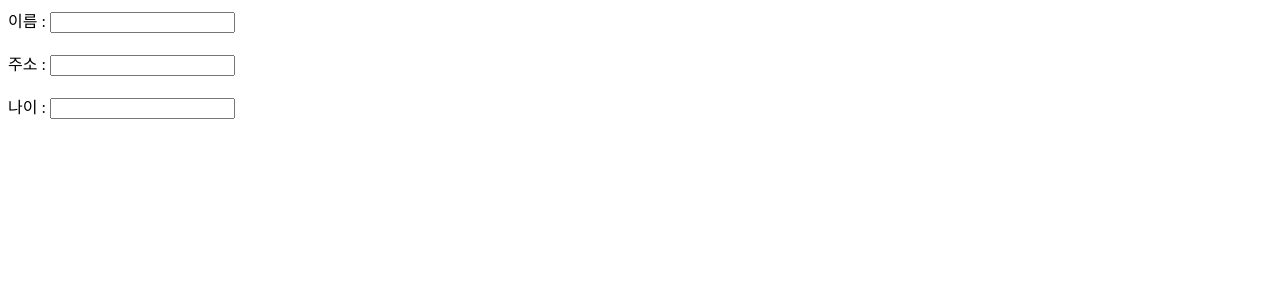
Repository: okgunyang/jsp
Page: practice01/WebContent/input.html
These files come from the project's save history. The page is drawn as it stood at one moment and after the next save; the edit follows.
The browser window is 1280 px wide. The pictures show the whole page.

Above is the page before, as saved 2022-10-17 07:02:04.

### practice01/WebContent/input.html
<!DOCTYPE html>
<html>
<head>
<meta charset="UTF-8">
<title>입력 데이터 처리와 주고 받기</title>
</head>
<body>
<form name="indata" action="test04.jsp" method="post">
	이름 : <input type="text" name="name"><br><br>
	주소 : <input type="text" name="addr"><br><br>
	나이 : <input type="number" name="age"><br><br>

</form>
</body>
</html>

After the next save:
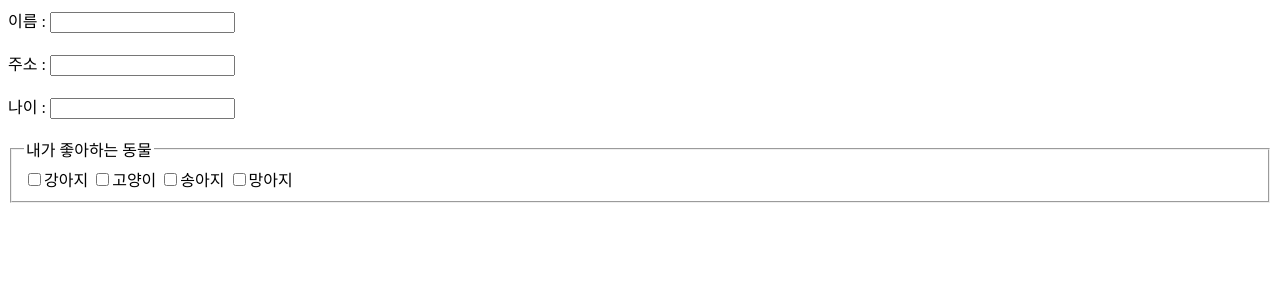
Saved 95 s later.
--- a/practice01/WebContent/input.html
+++ b/practice01/WebContent/input.html
@@ -9,7 +9,13 @@
 	이름 : <input type="text" name="name"><br><br>
 	주소 : <input type="text" name="addr"><br><br>
 	나이 : <input type="number" name="age"><br><br>
-
+	<fieldset>
+		<legend>내가 좋아하는 동물</legend>
+		<input type="checkbox" name="pet" value="dog" />강아지
+		<input type="checkbox" name="pet" value="cat" />고양이
+		<input type="checkbox" name="pet" value="cow" />송아지
+		<input type="checkbox" name="pet" value="horse" />망아지
+	</fieldset>
 </form>
 </body>
 </html>
